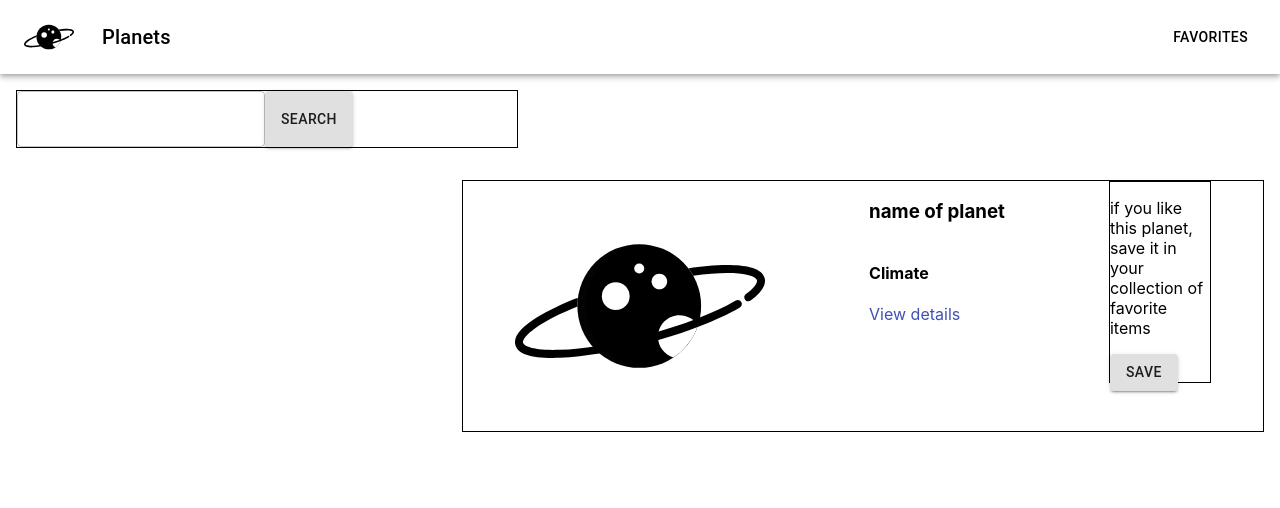
Repository: samridhie01/assignment
Page: /
An editor plug-in stored every save of this project. The page is shown before and after the next save, followed by the edit.
The browser window is 1280 px wide. The pictures show the whole page.
The page's requests for data from a server got no answer. The project was rebuilt for these pictures with package versions that can differ from the ones it lists, and the page was loaded fresh each time. No one was signed in, and anything a server would have sent is missing.

Above is the page before, as saved 2020-08-19 22:02:54.

After the next save:
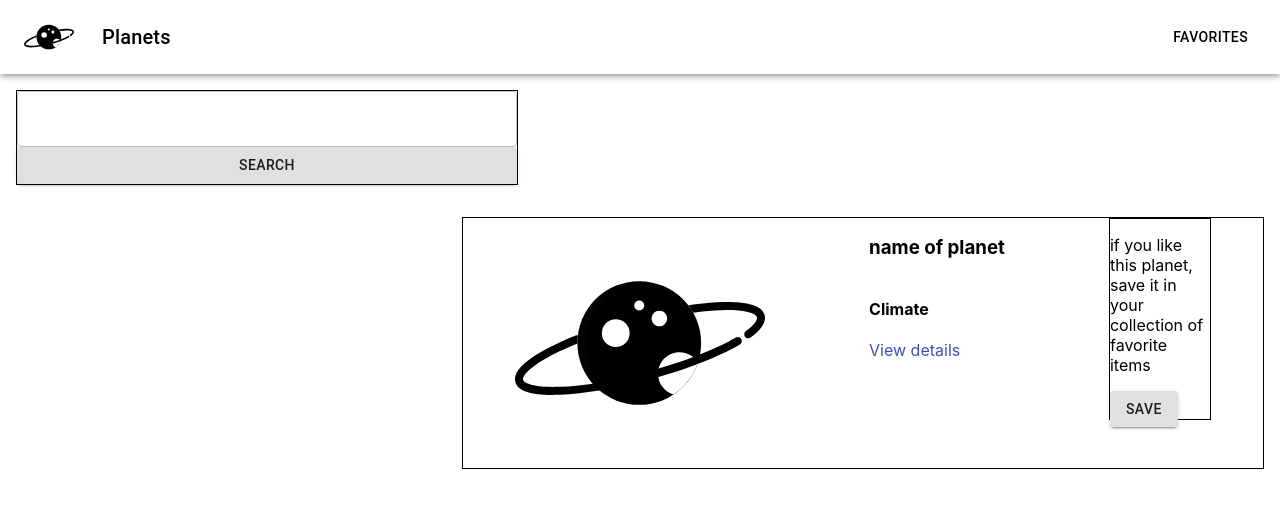
Saved 52 s later.
--- a/src/components/searchBox/SearchBox.tsx
+++ b/src/components/searchBox/SearchBox.tsx
@@ -5,7 +5,7 @@ const useStyles = makeStyles((theme: Theme) =>
   createStyles({
     dotted: {
          display: "flex",
-         flexFlow: "row wrap"
+         flexDirection: "column"
     }
   }),
 );
